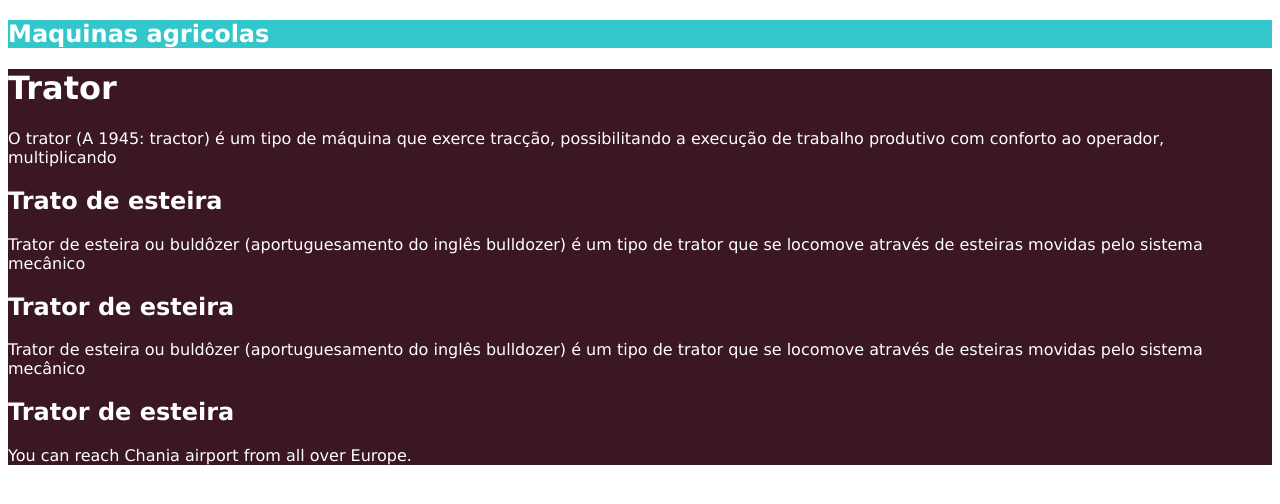
Repository: ecrseer/pesquisa-carros-html
Page: news.html
An editor plug-in stored every save of this project. The page is shown before and after a run of saves, followed by the edit.
The browser window is 1280 px wide. The pictures show the whole page.

Above is the page before, as saved 2022-01-21 16:19:58.

After the next 2 saves:
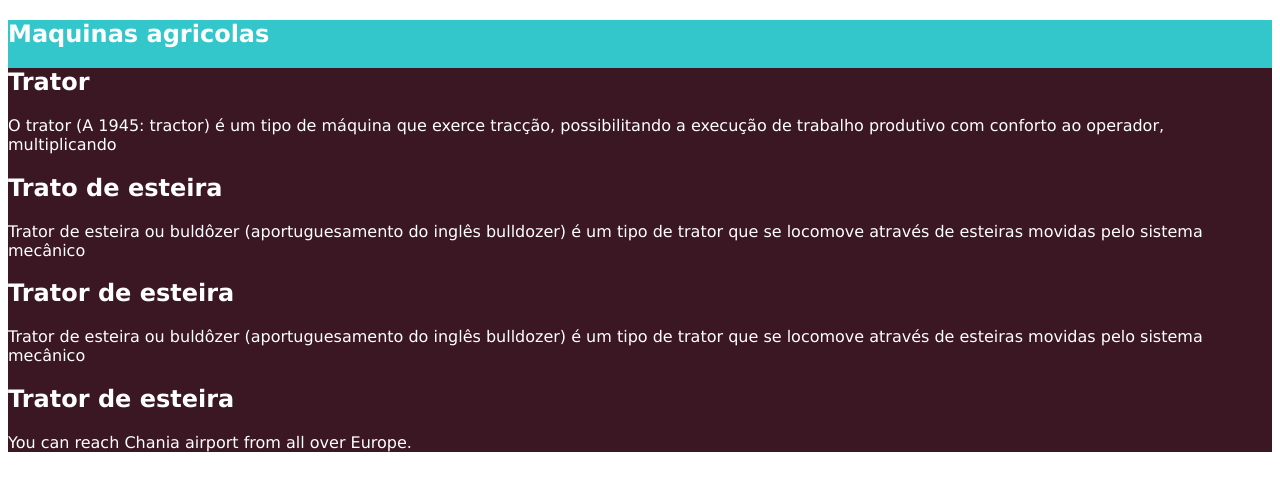
The 2 saves are shown as one change because they came seconds apart.
The last was saved 20 s later.
--- a/news.html
+++ b/news.html
@@ -16,34 +16,34 @@
 <body>
     <nav class="header">
         <h1>Maquinas agricolas</h1>
+        <div class ="resto">
+          <div class="row">
 
+
+            <div class="col-6 col-s-9">
+              <h1>Trator</h1>
+              <p>O trator (A 1945: tractor) é um tipo de máquina que exerce tracção, possibilitando a execução de trabalho produtivo com conforto ao operador, multiplicando </p>
+            </div>
+
+            <div class="col-3 col-s-12">
+              <div class="aside">
+                <h2>Trato de esteira</h2>
+                <p>Trator de esteira ou buldôzer (aportuguesamento do inglês bulldozer) é um tipo de trator que se locomove através de esteiras movidas pelo sistema mecânico</p>
+                <h2>Trator de esteira</h2>
+                <p>Trator de esteira ou buldôzer (aportuguesamento do inglês bulldozer) é um tipo de trator que se locomove através de esteiras movidas pelo sistema mecânico</p>
+                <h2>Trator de esteira</h2>
+                <p>You can reach Chania airport from all over Europe.</p>
+
+              </div>
+            </div>
+
+          </div>
+
+
+        </div>
       </nav>
 
-      <div class ="resto">
-      <div class="row">
 
-
-        <div class="col-6 col-s-9">
-          <h1>Trator</h1>
-          <p>O trator (A 1945: tractor) é um tipo de máquina que exerce tracção, possibilitando a execução de trabalho produtivo com conforto ao operador, multiplicando </p>
-        </div>
-
-        <div class="col-3 col-s-12">
-          <div class="aside">
-            <h2>Trato de esteira</h2>
-            <p>Trator de esteira ou buldôzer (aportuguesamento do inglês bulldozer) é um tipo de trator que se locomove através de esteiras movidas pelo sistema mecânico</p>
-            <h2>Trator de esteira</h2>
-            <p>Trator de esteira ou buldôzer (aportuguesamento do inglês bulldozer) é um tipo de trator que se locomove através de esteiras movidas pelo sistema mecânico</p>
-            <h2>Trator de esteira</h2>
-            <p>You can reach Chania airport from all over Europe.</p>
-
-          </div>
-        </div>
-
-      </div>
-
-
-    </div>
   <script src="scripts.js"></script>
 
 </body>

After the 3 saves that followed:
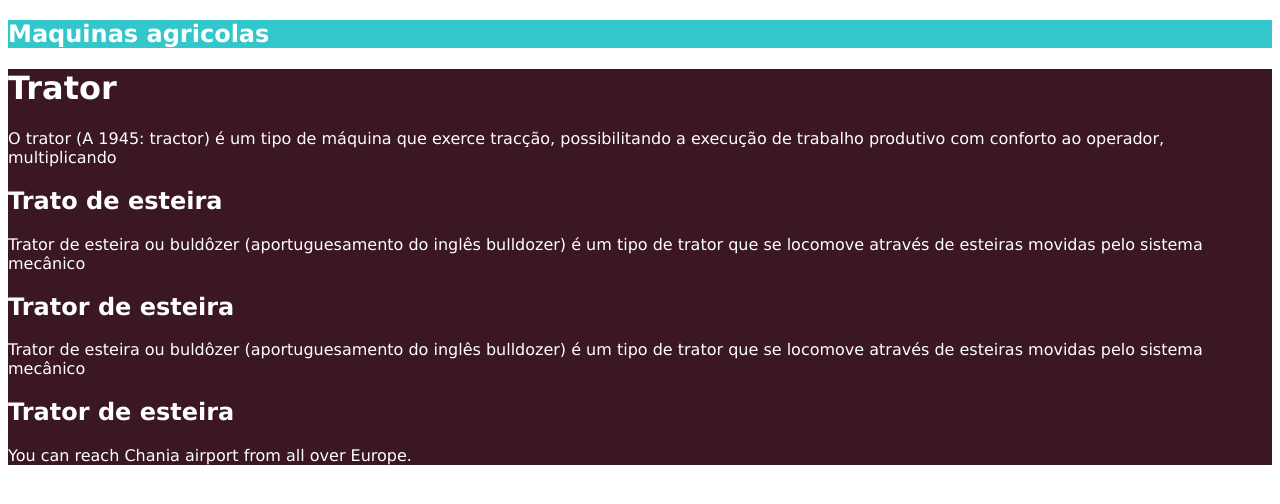
The 3 saves are shown as one change because 1 left the picture as it was and some came seconds apart.
The last was saved 89 s later.
--- a/news.html
+++ b/news.html
@@ -16,33 +16,33 @@
 <body>
     <nav class="header">
         <h1>Maquinas agricolas</h1>
-        <div class ="resto">
-          <div class="row">
+
+      </nav>
+      <div class ="resto">
+        <div class="row">
 
 
-            <div class="col-6 col-s-9">
-              <h1>Trator</h1>
-              <p>O trator (A 1945: tractor) é um tipo de máquina que exerce tracção, possibilitando a execução de trabalho produtivo com conforto ao operador, multiplicando </p>
-            </div>
-
-            <div class="col-3 col-s-12">
-              <div class="aside">
-                <h2>Trato de esteira</h2>
-                <p>Trator de esteira ou buldôzer (aportuguesamento do inglês bulldozer) é um tipo de trator que se locomove através de esteiras movidas pelo sistema mecânico</p>
-                <h2>Trator de esteira</h2>
-                <p>Trator de esteira ou buldôzer (aportuguesamento do inglês bulldozer) é um tipo de trator que se locomove através de esteiras movidas pelo sistema mecânico</p>
-                <h2>Trator de esteira</h2>
-                <p>You can reach Chania airport from all over Europe.</p>
-
-              </div>
-            </div>
-
+          <div class="col-6 col-s-9">
+            <h1>Trator</h1>
+            <p>O trator (A 1945: tractor) é um tipo de máquina que exerce tracção, possibilitando a execução de trabalho produtivo com conforto ao operador, multiplicando </p>
           </div>
 
+          <div class="col-3 col-s-12">
+            <div class="aside">
+              <h2>Trato de esteira</h2>
+              <p>Trator de esteira ou buldôzer (aportuguesamento do inglês bulldozer) é um tipo de trator que se locomove através de esteiras movidas pelo sistema mecânico</p>
+              <h2>Trator de esteira</h2>
+              <p>Trator de esteira ou buldôzer (aportuguesamento do inglês bulldozer) é um tipo de trator que se locomove através de esteiras movidas pelo sistema mecânico</p>
+              <h2>Trator de esteira</h2>
+              <p>You can reach Chania airport from all over Europe.</p>
+
+            </div>
+          </div>
 
         </div>
-      </nav>
 
+
+      </div>
 
   <script src="scripts.js"></script>
 
--- a/news.css
+++ b/news.css
@@ -10,6 +10,7 @@
   .header {
     background-color: #33c7cc;
     position: sticky;
+    top:0;
     width: 100%;
     max-height: 21vh;
   }
